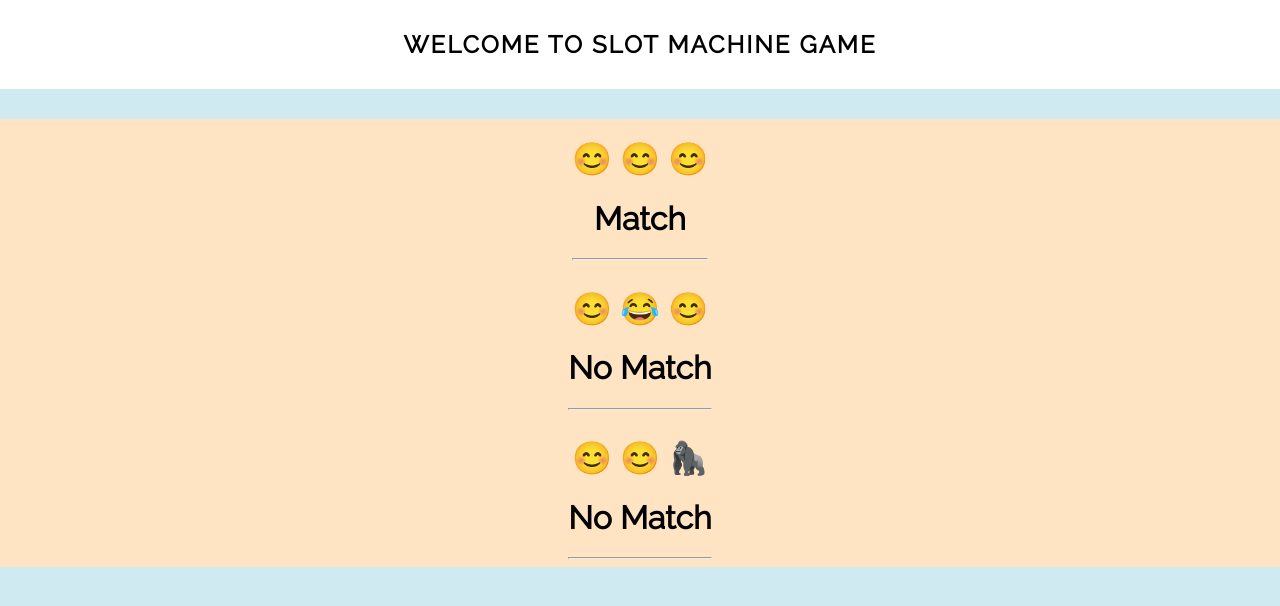
Repository: duggallakshya/slotMachineReact
Page: /
These files come from the project's save history. The page is drawn as it stood at one moment and after a run of saves; the edit follows.
The browser window is 1280 px wide. The pictures show the whole page.
The project was rebuilt for these pictures with package versions that can differ from the ones it lists, and the page was loaded fresh each time.

Above is the page before, as saved 2022-03-23 00:33:18.

### src/index.js
import React from 'react';
import ReactDOM from 'react-dom';
import './index.css';
import App from './App';

ReactDOM.render(
  <App />,
  document.getElementById('root')
)

### src/index.css
@import url('https://fonts.googleapis.com/css2?family=Raleway&display=swap');
body{
  background-color: rgb(207, 235, 241);
  margin: 0;
  padding: 0;

}

.heading-style{
  padding: 30px 0;
  margin-top: 0px;
  text-align: center;
  font-family:'Raleway', sans-serif;
  text-transform: uppercase;
  font-size: 13px;
  letter-spacing: 2px;
  font-weight: 500;
  background-color: #fff;
  font-size: 1.5rem;
  margin-bottom: 30px;
  font-weight: bold;
}

.slot-inner{
  text-align: center;
  font-family: 'Raleway', sans-serif ;
}
.main-div{
  display: flex;
  flex-direction: column;
  height: auto;
  justify-content: center;
  align-items: center;
  background-color: bisque;

}

### src/App.jsx
import React from 'react';
import SlotMachine from './SlotMachine';

const App = () => {
    return(
        <>
            <h1 className="heading-style"> Welcome to Slot machine game </h1>
            <div className="main-div">
                <SlotMachine x ='😊' y ='😊' z ='😊'/>
                <SlotMachine x ='😊' y ='😂' z ='😊'/>
                <SlotMachine x ='😊' y ='😊' z ='🦍'/>
            </div>
        </>
    )
}

export default App;

### src/SlotMachine.jsx
import React from 'react';

const SlotMachine = (props) => {
    if(props.x===props.y && props.y==props.z){
        return (
            <>
                <div className="slot-inner">

                    <h1> {props.x} {props.y} {props.z} </h1>
                    <h1> Match </h1>
                    <hr/>

                </div>
            </>
        )
    }
    else{
        return (
            <>
                <div className="slot-inner">

                    <h1> {props.x} {props.y} {props.z} </h1>
                    <h1> No Match </h1>
                    <hr/>

                </div>
            </>
        )
    }
}

export default SlotMachine;

Loaded but not shown: public/index.html (common file)

After the next 2 saves:
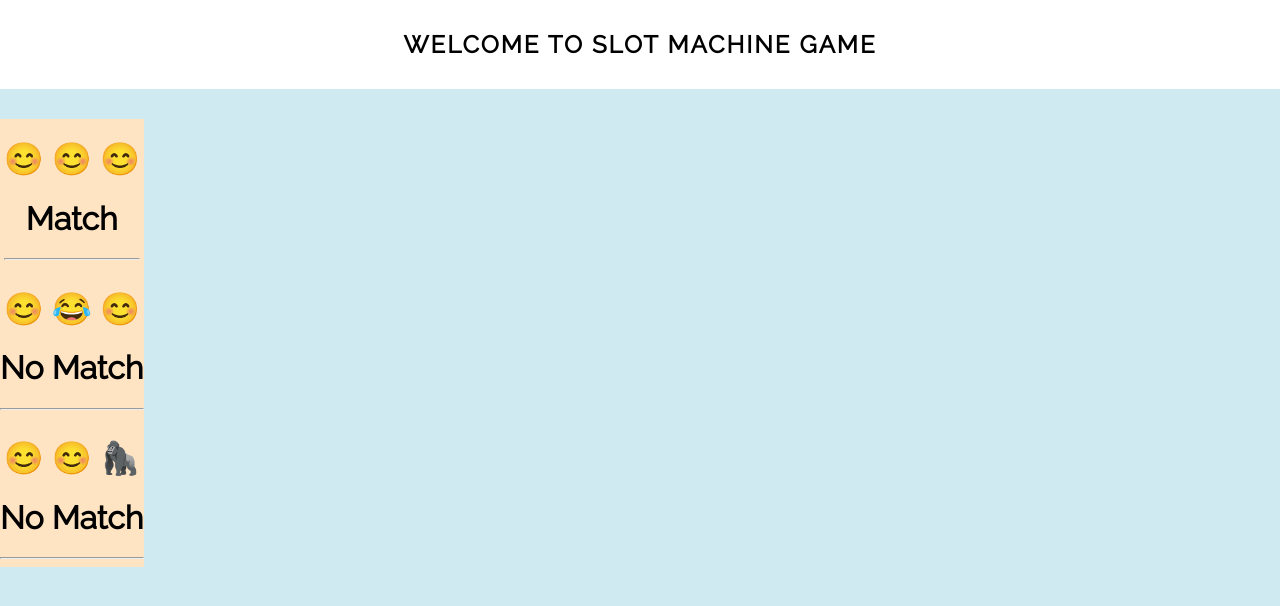
The 2 saves are shown as one change because they came seconds apart.
The last was saved 14 s later.
--- a/src/index.css
+++ b/src/index.css
@@ -26,7 +26,7 @@ body{
   font-family: 'Raleway', sans-serif ;
 }
 .main-div{
-  display: flex;
+  display: inline-flex;
   flex-direction: column;
   height: auto;
   justify-content: center;
